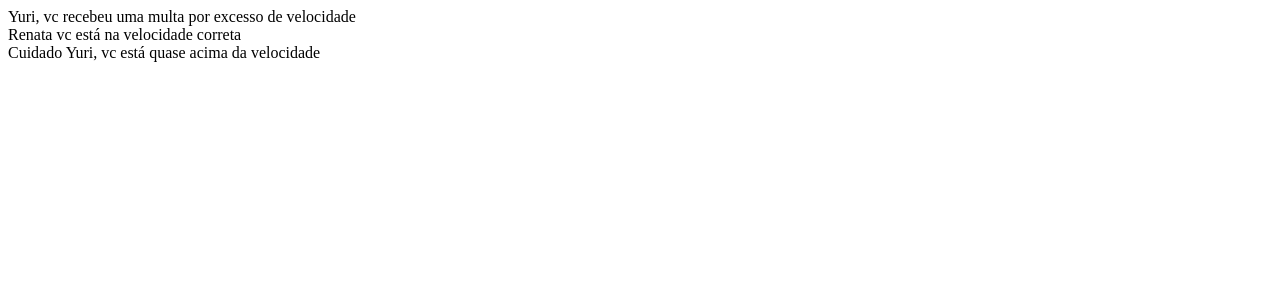
Repository: YuriSarmanho/PHPcourse
Page: http://localhost/6_estruturaControle/11_exercicio26/index.php
These files come from the project's save history. The page is drawn as it stood at one moment and after the next save; the edit follows.
The browser window is 1280 px wide. The pictures show the whole page.
The page is run by PHP 8.4 with error messages shown; the project is at /var/www/html/.

Above is the page before, as saved 2022-08-06 21:59:33.

After the next save:
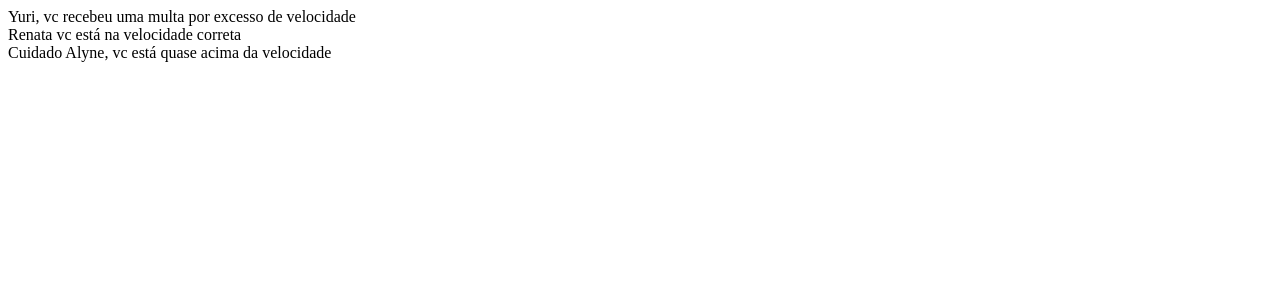
Saved 5 s later.
--- a/6_estruturaControle/11_exercicio26/index.php
+++ b/6_estruturaControle/11_exercicio26/index.php
@@ -13,4 +13,4 @@ function radar($nome, $velocidade)
 
 radar("Yuri", 60);
 radar("Renata", 30);
-radar("Yuri", 40);
+radar("Alyne", 40);
